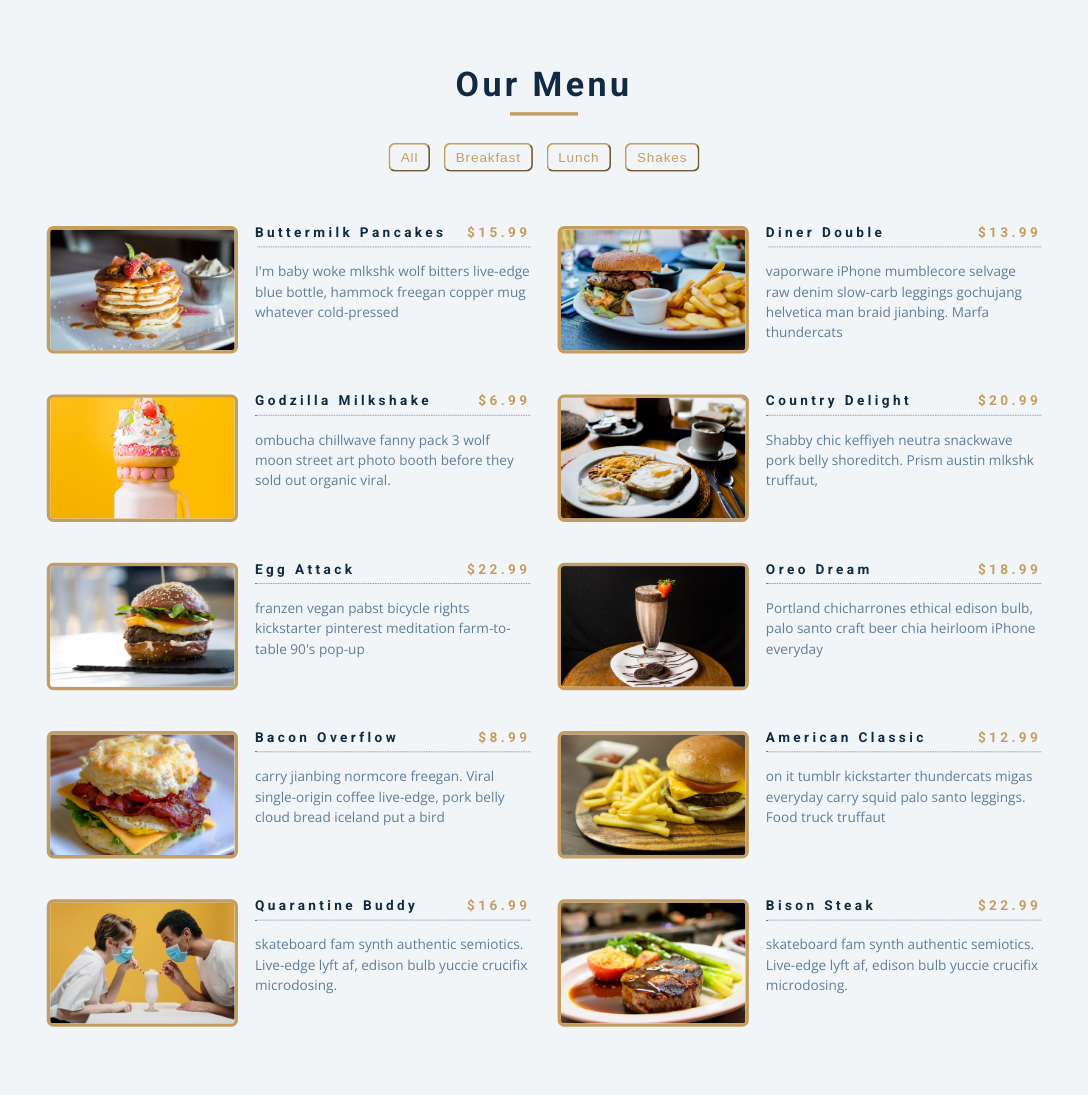
Repository: Hasmik-icml/menuFilter
Page: index.html
The author's editor kept a copy of each file at every save. The page is drawn from the files as they stood at one save, then again after the next save.
The browser window is 1280 px wide. The pictures show the whole page, at 85% of full size.
Some web libraries are served in a nearby version.

Above is the page before, as saved 2022-02-14 20:33:58.

### index.html
<!DOCTYPE html>
<html lang="en">
  <head>
    <meta charset="UTF-8" />
    <meta name="viewport" content="width=device-width, initial-scale=1.0" />
    <title>Starter</title>
    <!-- font-awesome -->
    <link
      rel="stylesheet"
      href="https://cdnjs.cloudflare.com/ajax/libs/font-awesome/5.14.0/css/all.min.css"
    />
    <!-- styles -->
    <link rel="stylesheet" href="styles.css" />
  </head>
  <body>
    <section class="menu">
      <!-- title -->
      <div class="title">
        <h2>our menu</h2>
        <div class="underline"></div>
      </div>
      <!-- filter buttons -->
      <div class="btn-container">
        <!-- <button type="button" class="filter-btn" data-id="all">all</button>
          <button type="button" class="filter-btn" data-id="breakfast">
            breakfast
          </button>
          <button type="button" class="filter-btn" data-id="lunch">lunch</button>
          <button type="button" class="filter-btn" data-id="shakes">
            shakes
          </button> -->
      </div>
      <!-- menu items -->
      <div class="section-center">
        <!-- single item -->
        <article class="menu-item">
          <img src="./menu-item.jpeg" alt="menu item" class="photo" />
          <div class="item-info">
            <header>
              <h4>buttermilk pancakes</h4>
              <h4 class="price">$15</h4>
            </header>
            <p class="item-text">
              Lorem ipsum dolor sit amet consectetur adipisicing elit.
              Repudiandae, sint quam. Et reprehenderit fugiat nesciunt inventore
              laboriosam excepturi! Quo, officia.
            </p>
          </div>
        </article>
        <!-- end of single item -->
        <!-- single item -->
        <article class="menu-item">
          <img src="./menu-item.jpeg" alt="menu item" class="photo" />
          <div class="item-info">
            <header>
              <h4>buttermilk pancakes</h4>
              <h4 class="price">$15</h4>
            </header>
            <p class="item-text">
              Lorem ipsum dolor sit amet consectetur adipisicing elit.
              Repudiandae, sint quam. Et reprehenderit fugiat nesciunt inventore
              laboriosam excepturi! Quo, officia.
            </p>
          </div>
        </article>
        <!-- end of single item -->
        <!-- single item -->
        <article class="menu-item">
          <img src="./menu-item.jpeg" alt="menu item" class="photo" />
          <div class="item-info">
            <header>
              <h4>buttermilk pancakes</h4>
              <h4 class="price">$15</h4>
            </header>
            <p class="item-text">
              Lorem ipsum dolor sit amet consectetur adipisicing elit.
              Repudiandae, sint quam. Et reprehenderit fugiat nesciunt inventore
              laboriosam excepturi! Quo, officia.
            </p>
          </div>
        </article>
        <!-- end of single item -->
      </div>
    </section>
    <!-- javascript -->
    <script type="module" src="./app.js"></script>
  </body>
</html>

### styles.css
/*
===============
Fonts
===============
*/
@import url("https://fonts.googleapis.com/css?family=Open+Sans|Roboto:400,700&display=swap");

/*
===============
Variables
===============
*/

:root {
  /* dark shades of primary color*/
  --clr-primary-1: hsl(205, 86%, 17%);
  --clr-primary-2: hsl(205, 77%, 27%);
  --clr-primary-3: hsl(205, 72%, 37%);
  --clr-primary-4: hsl(205, 63%, 48%);
  /* primary/main color */
  --clr-primary-5: #49a6e9;
  /* lighter shades of primary color */
  --clr-primary-6: hsl(205, 89%, 70%);
  --clr-primary-7: hsl(205, 90%, 76%);
  --clr-primary-8: hsl(205, 86%, 81%);
  --clr-primary-9: hsl(205, 90%, 88%);
  --clr-primary-10: hsl(205, 100%, 96%);
  /* darkest grey - used for headings */
  --clr-grey-1: hsl(209, 61%, 16%);
  --clr-grey-2: hsl(211, 39%, 23%);
  --clr-grey-3: hsl(209, 34%, 30%);
  --clr-grey-4: hsl(209, 28%, 39%);
  /* grey used for paragraphs */
  --clr-grey-5: hsl(210, 22%, 49%);
  --clr-grey-6: hsl(209, 23%, 60%);
  --clr-grey-7: hsl(211, 27%, 70%);
  --clr-grey-8: hsl(210, 31%, 80%);
  --clr-grey-9: hsl(212, 33%, 89%);
  --clr-grey-10: hsl(210, 36%, 96%);
  --clr-white: #fff;
  --clr-red-dark: hsl(360, 67%, 44%);
  --clr-red-light: hsl(360, 71%, 66%);
  --clr-green-dark: hsl(125, 67%, 44%);
  --clr-green-light: hsl(125, 71%, 66%);
  --clr-gold: #c59d5f;
  --clr-black: #222;
  --ff-primary: "Roboto", sans-serif;
  --ff-secondary: "Open Sans", sans-serif;
  --transition: all 0.3s linear;
  --spacing: 0.25rem;
  --radius: 0.5rem;
  --light-shadow: 0 5px 15px rgba(0, 0, 0, 0.1);
  --dark-shadow: 0 5px 15px rgba(0, 0, 0, 0.2);
  --max-width: 1170px;
  --fixed-width: 620px;
}
/*
===============
Global Styles
===============
*/

*,
::after,
::before {
  margin: 0;
  padding: 0;
  box-sizing: border-box;
}
body {
  font-family: var(--ff-secondary);
  background: var(--clr-grey-10);
  color: var(--clr-grey-1);
  line-height: 1.5;
  font-size: 0.875rem;
}
ul {
  list-style-type: none;
}
a {
  text-decoration: none;
}
img:not(.logo) {
  width: 100%;
}
img {
  display: block;
}

h1,
h2,
h3,
h4 {
  letter-spacing: var(--spacing);
  text-transform: capitalize;
  line-height: 1.25;
  margin-bottom: 0.75rem;
  font-family: var(--ff-primary);
}
h1 {
  font-size: 3rem;
}
h2 {
  font-size: 2rem;
}
h3 {
  font-size: 1.25rem;
}
h4 {
  font-size: 0.875rem;
}
p {
  margin-bottom: 1.25rem;
  color: var(--clr-grey-5);
}
@media screen and (min-width: 800px) {
  h1 {
    font-size: 4rem;
  }
  h2 {
    font-size: 2.5rem;
  }
  h3 {
    font-size: 1.75rem;
  }
  h4 {
    font-size: 1rem;
  }
  body {
    font-size: 1rem;
  }
  h1,
  h2,
  h3,
  h4 {
    line-height: 1;
  }
}
/*  global classes */

.btn {
  text-transform: uppercase;
  background: transparent;
  color: var(--clr-black);
  padding: 0.375rem 0.75rem;
  letter-spacing: var(--spacing);
  display: inline-block;
  transition: var(--transition);
  font-size: 0.875rem;
  border: 2px solid var(--clr-black);
  cursor: pointer;
  box-shadow: 0 1px 3px rgba(0, 0, 0, 0.2);
  border-radius: var(--radius);
}
.btn:hover {
  color: var(--clr-white);
  background: var(--clr-black);
}
/* section */
.section {
  padding: 5rem 0;
}

main {
  min-height: 100vh;
  display: grid;
  place-items: center;
}
/*
===============
Menu
===============
*/

.menu {
  padding: 5rem 0;
}
.title {
  text-align: center;
  margin-bottom: 2rem;
}
.underline {
  width: 5rem;
  height: 0.25rem;
  background: var(--clr-gold);
  margin-left: auto;
  margin-right: auto;
}
.btn-container {
  margin-bottom: 4rem;
  display: flex;
  justify-content: center;
}
.filter-btn {
  background: transparent;
  border-color: var(--clr-gold);
  font-size: 1rem;
  text-transform: capitalize;
  margin: 0 0.5rem;
  letter-spacing: 1px;
  border-radius: var(--radius);
  padding: 0.375rem 0.75rem;
  color: var(--clr-gold);
  cursor: pointer;
  transition: var(--transition);
}
.filter-btn:hover {
  background: var(--clr-gold);
  color: var(--clr-white);
}
.section-center {
  width: 90vw;
  margin: 0 auto;
  max-width: 1170px;
  display: grid;
  gap: 3rem 2rem;
  justify-items: center;
}
.menu-item {
  display: grid;
  gap: 1rem 2rem;
  max-width: 25rem;
}
.photo {
  object-fit: cover;
  height: 200px;
  border: 0.25rem solid var(--clr-gold);
  border-radius: var(--radius);
}
.item-info header {
  display: flex;
  justify-content: space-between;
  border-bottom: 0.5px dotted var(--clr-grey-5);
}
.item-info h4 {
  margin-bottom: 0.5rem;
}
.price {
  color: var(--clr-gold);
}
.item-text {
  margin-bottom: 0;
  padding-top: 1rem;
}

@media screen and (min-width: 768px) {
  .menu-item {
    grid-template-columns: 225px 1fr;
    gap: 0 1.25rem;
    max-width: 40rem;
  }
  .photo {
    height: 175px;
  }
}
@media screen and (min-width: 1200px) {
  .section-center {
    width: 95vw;
    grid-template-columns: 1fr 1fr;
  }
  .photo {
    height: 150px;
  }
}

### app.js
import {
  menu
} from "./data.js";

// get parent element
const sectionCenter = document.querySelector(".section-center");
const btnContainer = document.querySelector(".btn-container");



// display all items when page loads
window.addEventListener("DOMContentLoaded", function () {
  displayMenuItems(menu);
  displayMenuButtons();
});


function displayMenuItems(menuItems) {
  let displayMenu = menuItems.map(function (item) {
    // console.log(item);

    return `<article class="menu-item">
            <img src=${item.img} alt=${item.title} class="photo" />
            <div class="item-info">
              <header>
                <h4>${item.title}</h4>
                <h4 class="price">$${item.price}</h4>
              </header>
              <p class="item-text">
                ${item.desc}
              </p>
            </div>
          </article>`;
  });
  displayMenu = displayMenu.join("");
  // console.log(displayMenu);

  sectionCenter.innerHTML = displayMenu;
}

function displayMenuButtons() {
  btnContainer.innerHTML +=
    `<button type="button" class="filter-btn" data-id="all">all</button>
  <button type="button" class="filter-btn" data-id="breakfast">
    breakfast
  </button>
  <button type="button" class="filter-btn" data-id="lunch">lunch</button>
  <button type="button" class="filter-btn" data-id="shakes">
    shakes
  </button>`
  const btn = document.querySelectorAll(".filter-btn");
  btn.forEach(item => {
    item.addEventListener("click", function () {
      let filterItem = item.getAttribute("data-id");
      if (filterItem !== "all") {
        let filteredMenu = menu.filter(filterByName => {
          return filterByName.category === filterItem;
        })
        displayMenuItems(filteredMenu);
      } else {
        displayMenuItems(menu);
      }
    })
  })

}

### data.js
export const menu = [
  {
    id: 1,
    title: "buttermilk pancakes",
    category: "breakfast",
    price: 15.99,
    img: "./images/item-1.jpeg",
    desc: `I'm baby woke mlkshk wolf bitters live-edge blue bottle, hammock freegan copper mug whatever cold-pressed `,
  },
  {
    id: 2,
    title: "diner double",
    category: "lunch",
    price: 13.99,
    img: "./images/item-2.jpeg",
    desc: `vaporware iPhone mumblecore selvage raw denim slow-carb leggings gochujang helvetica man braid jianbing. Marfa thundercats `,
  },
  {
    id: 3,
    title: "godzilla milkshake",
    category: "shakes",
    price: 6.99,
    img: "./images/item-3.jpeg",
    desc: `ombucha chillwave fanny pack 3 wolf moon street art photo booth before they sold out organic viral.`,
  },
  {
    id: 4,
    title: "country delight",
    category: "breakfast",
    price: 20.99,
    img: "./images/item-4.jpeg",
    desc: `Shabby chic keffiyeh neutra snackwave pork belly shoreditch. Prism austin mlkshk truffaut, `,
  },
  {
    id: 5,
    title: "egg attack",
    category: "lunch",
    price: 22.99,
    img: "./images/item-5.jpeg",
    desc: `franzen vegan pabst bicycle rights kickstarter pinterest meditation farm-to-table 90's pop-up `,
  },
  {
    id: 6,
    title: "oreo dream",
    category: "shakes",
    price: 18.99,
    img: "./images/item-6.jpeg",
    desc: `Portland chicharrones ethical edison bulb, palo santo craft beer chia heirloom iPhone everyday`,
  },
  {
    id: 7,
    title: "bacon overflow",
    category: "breakfast",
    price: 8.99,
    img: "./images/item-7.jpeg",
    desc: `carry jianbing normcore freegan. Viral single-origin coffee live-edge, pork belly cloud bread iceland put a bird `,
  },
  {
    id: 8,
    title: "american classic",
    category: "lunch",
    price: 12.99,
    img: "./images/item-8.jpeg",
    desc: `on it tumblr kickstarter thundercats migas everyday carry squid palo santo leggings. Food truck truffaut  `,
  },
  {
    id: 9,
    title: "quarantine buddy",
    category: "shakes",
    price: 16.99,
    img: "./images/item-9.jpeg",
    desc: `skateboard fam synth authentic semiotics. Live-edge lyft af, edison bulb yuccie crucifix microdosing.`,
  },
  {
    id: 10,
    title: "bison steak",
    category: "dinner",
    price: 22.99,
    img: "./images/item-10.jpeg",
    desc: `skateboard fam synth authentic semiotics. Live-edge lyft af, edison bulb yuccie crucifix microdosing.`,
  },
];

After the next save:
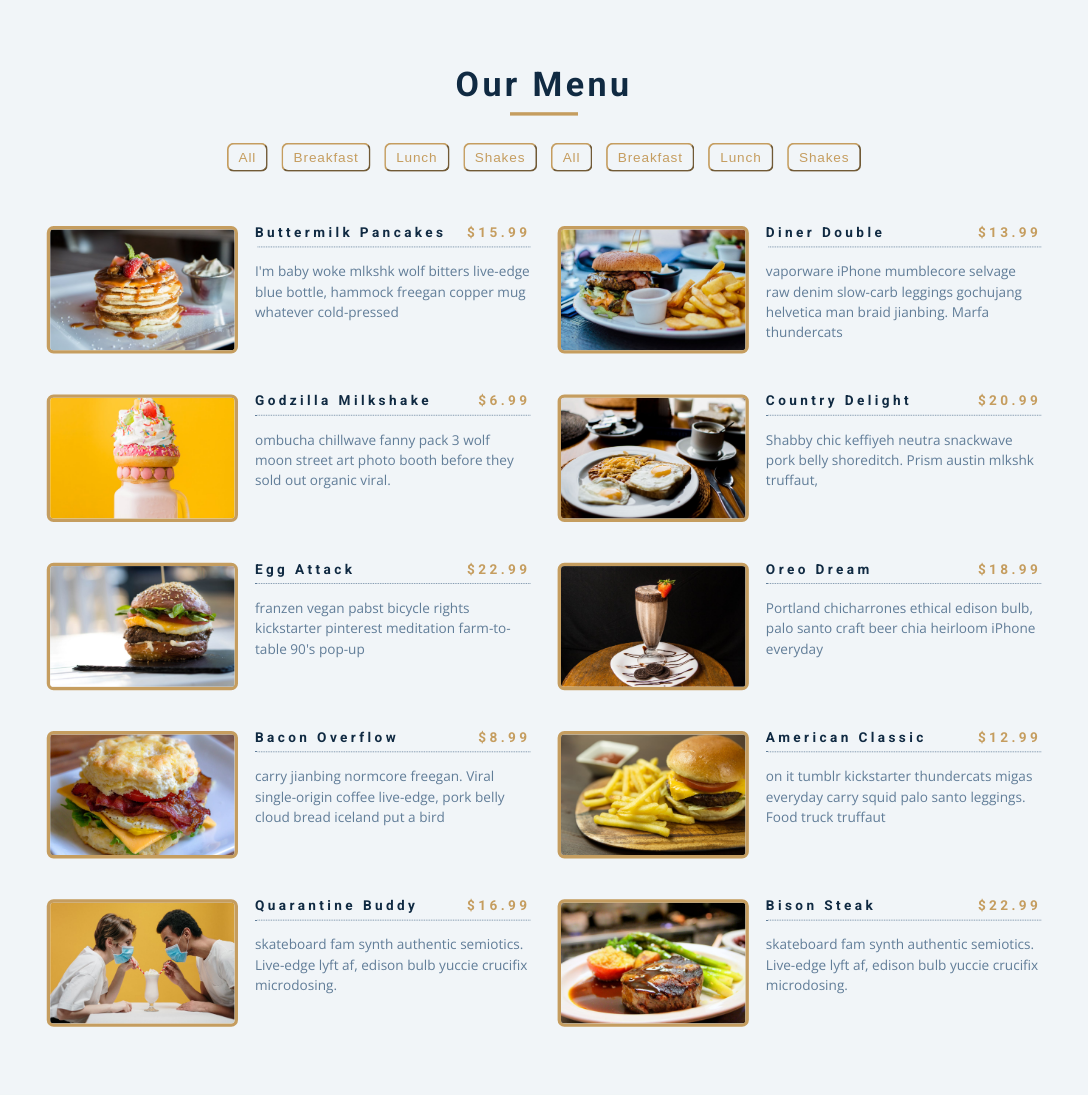
Saved 28 min 25 s later.
--- a/index.html
+++ b/index.html
@@ -21,14 +21,14 @@
       </div>
       <!-- filter buttons -->
       <div class="btn-container">
-        <!-- <button type="button" class="filter-btn" data-id="all">all</button>
+        <button type="button" class="filter-btn" data-id="all">all</button>
           <button type="button" class="filter-btn" data-id="breakfast">
             breakfast
           </button>
           <button type="button" class="filter-btn" data-id="lunch">lunch</button>
           <button type="button" class="filter-btn" data-id="shakes">
             shakes
-          </button> -->
+          </button>
       </div>
       <!-- menu items -->
       <div class="section-center">

After the save that followed:
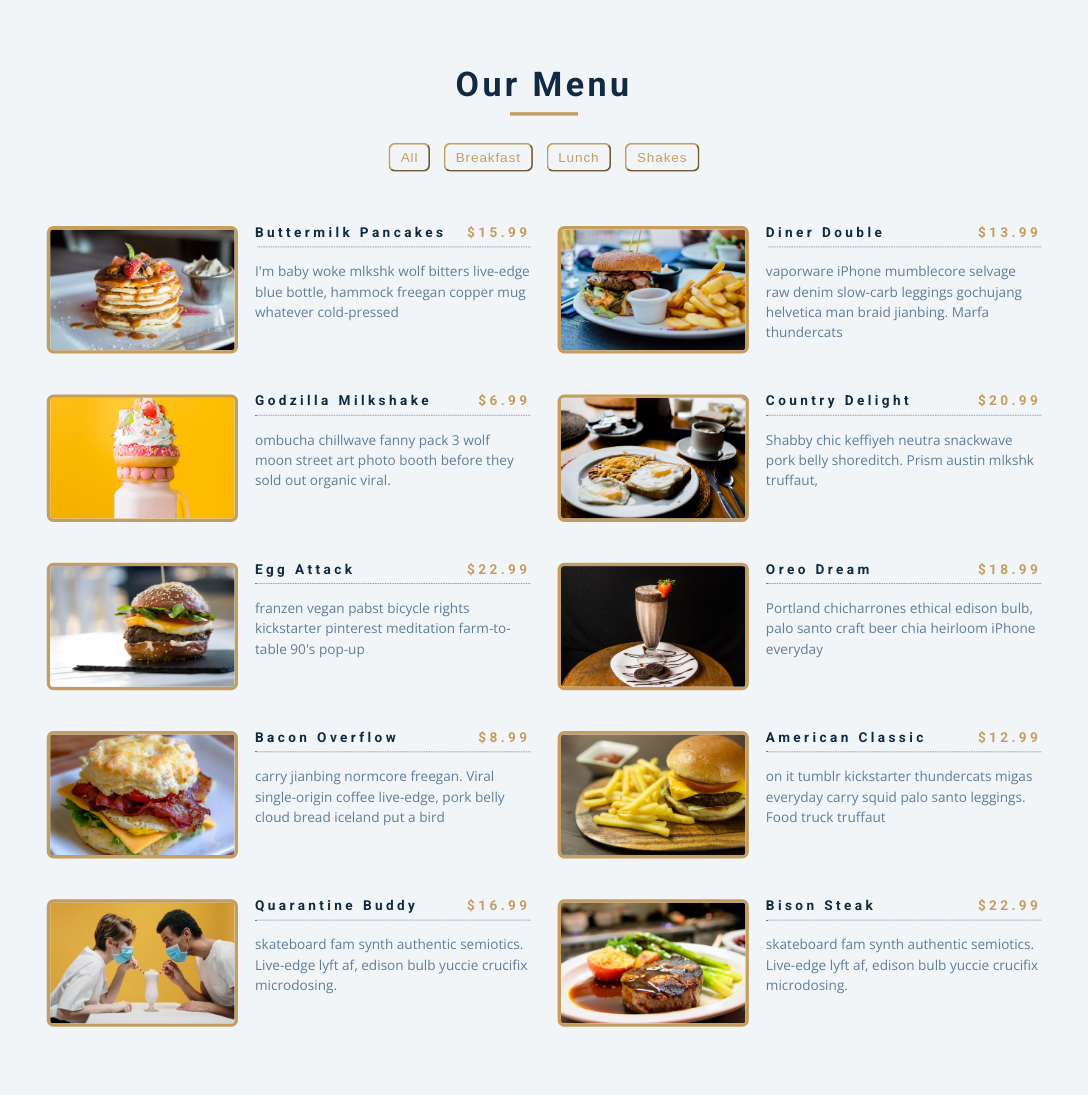
Saved 5 s later.
--- a/index.html
+++ b/index.html
@@ -21,14 +21,14 @@
       </div>
       <!-- filter buttons -->
       <div class="btn-container">
-        <button type="button" class="filter-btn" data-id="all">all</button>
+        <!-- <button type="button" class="filter-btn" data-id="all">all</button>
           <button type="button" class="filter-btn" data-id="breakfast">
             breakfast
           </button>
           <button type="button" class="filter-btn" data-id="lunch">lunch</button>
           <button type="button" class="filter-btn" data-id="shakes">
             shakes
-          </button>
+          </button> -->
       </div>
       <!-- menu items -->
       <div class="section-center">
